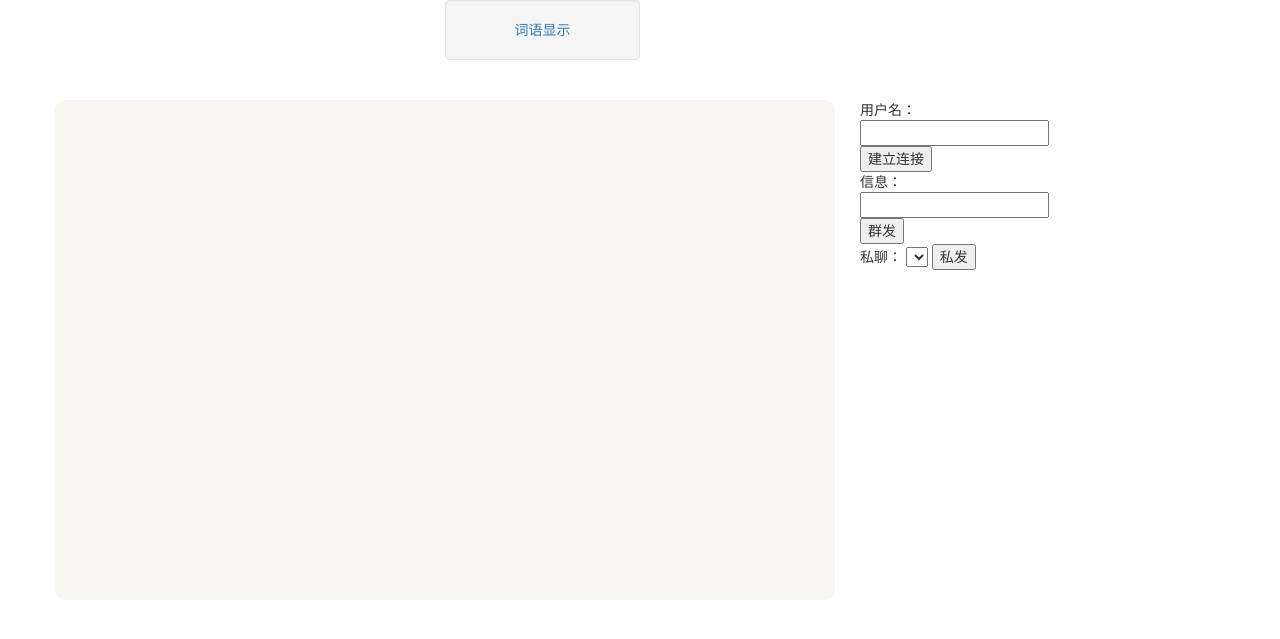
Repository: eheihaha2/whoisthespy-
Page: webDemo/WebContent/room.html
An editor plug-in stored every save of this project. The page is shown before and after the next save, followed by the edit.
The browser window is 1280 px wide. The pictures show the whole page.

Above is the page before, as saved 2020-02-26 01:51:09.

### webDemo/WebContent/room.html
<!DOCTYPE html>
<html>
<head>
	<script type="text/javascript" src="js/jquery-1.11.0.min.js"></script>
<script type="text/javascript" src="js/bootstrap.js"></script>
<link rel="stylesheet" href="css/bootstrap.css">
<style type="text/css">
	.show{
			margin-right:0;
			background-color:#f9f6f2;
			height: 500px;
			margin-top:20px;
			border-radius: 10px;
		}
		.mss{
			margin-left:10px;;
			margin-top:20px;
			border-radius: 10px;
		}
}
</style>
	<title></title>
</head>
<body>
	<div class="container">
	<div class="row">
		<div class="well text-center text-primary col-md-2 	col-sm-2 col-md-offset-4">词语显示</div>
	</div>
		<div class="row">
			<div class="col-md-8 col-sm-8 show">
				<div class="info">
				<span class="name"></span>
				<span class="msg"></span>
				</div>
      			<h4 class="userinfo"></h4>
     		</div>
     		<div class="col-md-2 col-sm-2 mss">
			<span>用户名：</span>
      		<input type="text" name="username"/>
     		<button id="connBtn">建立连接</button><br />
			<span>信息：</span>
     		<input type="text" name="info"/>
      		<button id="subBtnAll">群发</button><br />
			<span>私聊：</span>
     		<select id="userList">
			</select>
			<button id="subBtn">私发</button>
			</div>
		</div>
	</div>
</body>
<script type="text/javascript">
	var ws=null;
	var username=null;
	var url="ws://localhost:8080/webDemo/chatRoom/";
		// 后续的消息添加都是用其做二次克隆
      	var info = $(".info").clone();
		//点击建立连接的按钮
      	$("#connBtn").on("click",function(){
      		if("WebSocket" in window){
      			username = $("input[name='username']").val();
      			ws = new WebSocket(url+username);
      			//有了webSocket连接对象之后，我就开始监听消息
      			//服务器端的所有消息都会来到这
      			ws.onmessage = function(evt){
      				var received_msg = evt.data;
      				var jsonReceive_msg = JSON.parse(received_msg);
      				var head = jsonReceive_msg.head;//获得服务器数据，解析数据获得数据类型
      				var data =jsonReceive_msg.data;//真正的data所在
      				switch (head) {
      					case "sendAll":
      					sendAll(data);
      						break;
      					case "sendTo":
      					sendTo(data);
      						break;
      					case "onLine":
      					onLine(data);
      						break;
      					case "userList":
      					userList(data);
      						break;
      					default:
      						break;
      				}
      			}
      		}else{
      			alert("您的浏览器不支持 WebSocket!");
      		}
      	})

      	//细节定义每种功能的数据接口
      	//构建JSON格式发送给服务器：{from:来自谁,msg:消息本身}
      	function sendAll(data){
      		var infoDiv = info.clone();//这个就是我要渲染的dom节点
      		//用于把从服务器端获得的JSON字符串的data解析为原生JS值
      		//var jsonData=JSON.parse(data);
      		infoDiv.find(".name").text("来自于："+data.from+"(群发)");
      		infoDiv.find(".msg").text(data.msg);
      		$(".info").parent().append(infoDiv);
      	}
      	// 构建JSON格式发送给服务器：{from:来自谁,msg:消息本身}
      	function sendTo(data){
      		var infoDiv = info.clone();//这个就是我要渲染的dom节点
      		infoDiv.find(".name").text("来自于："+data.from+"(私发)");
      		infoDiv.find(".msg").text(data.msg);
      		$(".info").parent().append(infoDiv);
      	}
      	// 构建JSON格式发送给服务器：{name:上线人姓名}
      	function onLine(data){
      	//$(".userinfo").empty();
      	console.log(data);
      	$(".userinfo").append("【"+data.name+"上线了】");
      	}
      	// 构建JSON格式发送给服务器：[用户1,用户2]
      	function userList(data){
      		$("#userList").empty();
      		var jsonData=JSON.parse(data);
      		$("#userList").append("<option>请选择</option>");
      		$.each(jsonData,function(index,item){
      			$("#userList").append("<option value="+item+">"+item+"</option>");
      		})
      	}

      	//点击群发按钮
      	$("#subBtnAll").on("click",function(){
      		//var sentName = $("input[name='username']").val();
      		var msg = $("input[name='info']").val();
      		console.log(msg);
      		var jsonMsg={
      			"head":"sendAll",
      			"data":msg
      			//"from":sentName,
      			//"msg":msg
      		}
      		console.log(jsonMsg);
      		//var subAllEnd =JSON.stringify(jsonMsg);
      		ws.send(JSON.stringify(jsonMsg));
      	})
      	//点击私发按钮
      	$("#subBtn").on("click",function(){
      		var msg=$("input[name=info]").val();
      		var toUser=$("#userList").val();
      		console.log(toUser);
      		var jsonMsg={
      			"head":"sendTo",
      			"data":{
      				"to":toUser,
      				"msg":msg
      			}
      		}
      		console.log(jsonMsg);
      		ws.send(JSON.stringify(jsonMsg));
      	})
</script>
</html>

Loaded but not shown: webDemo/WebContent/js/jquery-1.11.0.min.js (library); webDemo/WebContent/js/bootstrap.js (library); webDemo/WebContent/css/bootstrap.css (library)

After the next save:
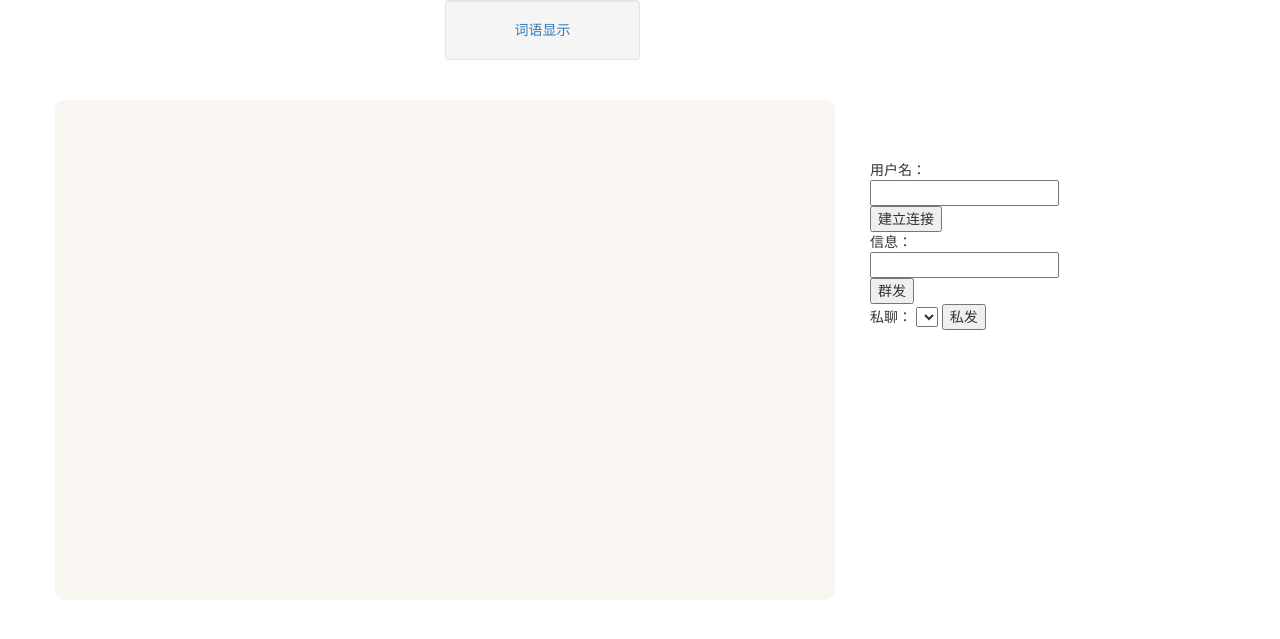
Saved 18 s later.
--- a/webDemo/WebContent/room.html
+++ b/webDemo/WebContent/room.html
@@ -13,8 +13,8 @@
 			border-radius: 10px;
 		}
 		.mss{
-			margin-left:10px;;
-			margin-top:20px;
+			margin-left:20px;;
+			margin-top:80px;
 			border-radius: 10px;
 		}
 }
